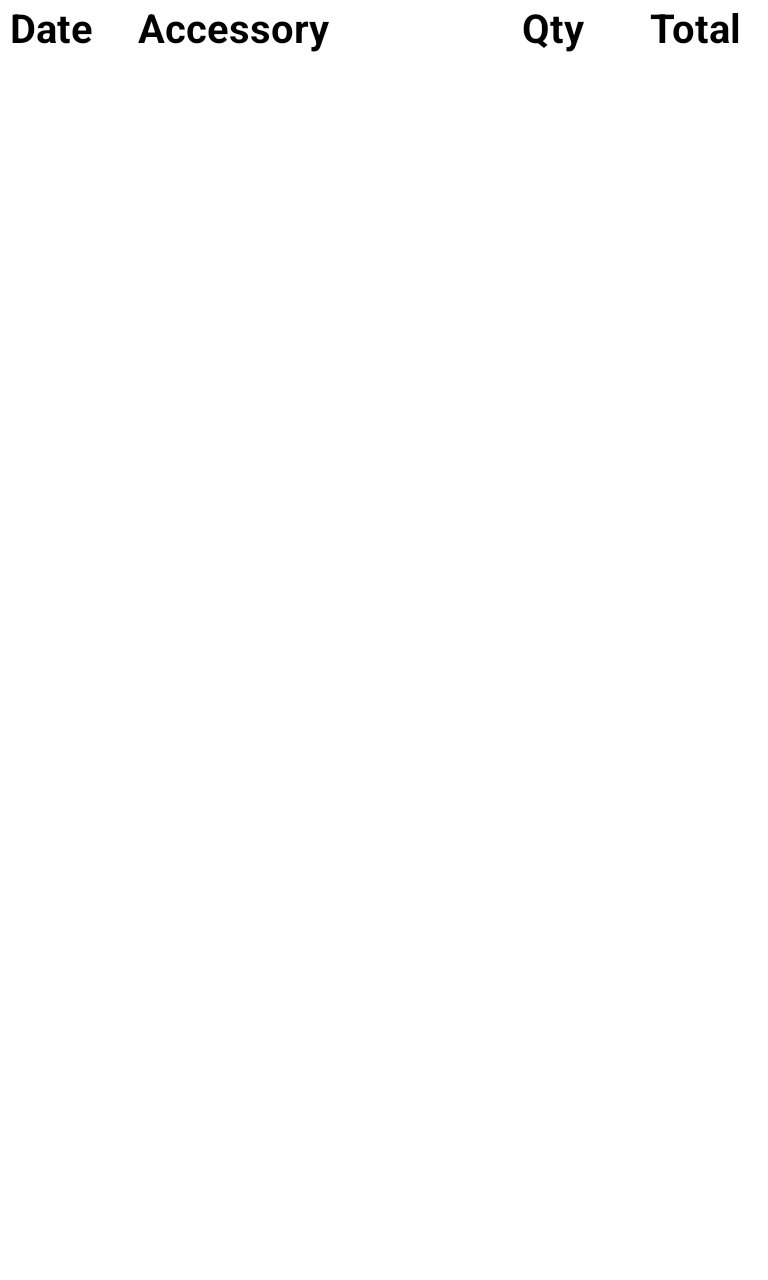
Repository: jemcphe/XCell
Layout: XCell/res/layout/list_header.xml
The author's editor kept a copy of each file at every save. The layout is drawn from the files as they stood at one save, then again after the next save.
It is drawn on a 768 x 1280 px phone screen (xhdpi) without system bars, with theme Theme.Xcell; the app's code is not run.

Above is the layout before, as saved 2013-08-29 03:24:32.

### XCell/res/layout/list_header.xml
<?xml version="1.0" encoding="utf-8"?>
<LinearLayout xmlns:android="http://schemas.android.com/apk/res/android"
    android:layout_width="match_parent"
    android:layout_height="match_parent"
    android:orientation="horizontal" >

    <TextView
        android:id="@+id/date_header"
        android:text="Date"
        android:layout_weight="1"
        android:paddingLeft="5dp"
        android:layout_width="0dip"
        android:textStyle="bold"
        android:textColor="#000"
        android:textSize="20sp"
        android:layout_height="wrap_content"/>
    <TextView
        android:id="@+id/accessoryName_header"
        android:text="Accessory"
        android:layout_weight="3"
        android:paddingLeft="5dp"
        android:layout_width="0dip"
        android:textStyle="bold"
        android:textColor="#000"
        android:textSize="20sp"
        android:layout_height="wrap_content"/>
    <TextView
        android:id="@+id/qty_header"
        android:text="Qty"
        android:layout_weight="1"
        android:paddingLeft="5dp"
        android:layout_width="0dip"
        android:textStyle="bold"
        android:textColor="#000"
        android:textSize="20sp"
        android:layout_height="wrap_content"/>
    <TextView
        android:id="@+id/total_header"
        android:text="Total"
        android:layout_weight="1"
        android:paddingLeft="5dp"
        android:layout_width="0dip"
        android:textStyle="bold"
        android:textColor="#000"
        android:textSize="20sp"
        android:layout_height="wrap_content"/>

</LinearLayout>

### XCell/res/values/styles_xcell.xml
<?xml version="1.0" encoding="utf-8"?>

<resources>

    <style name="Theme.Xcell" parent="@android:style/Theme.Holo.Light">
        <item name="android:actionBarItemBackground">@drawable/selectable_background_xcell</item>
        <item name="android:popupMenuStyle">@style/PopupMenu.Xcell</item>
        <item name="android:dropDownListViewStyle">@style/DropDownListView.Xcell</item>
        <item name="android:actionBarTabStyle">@style/ActionBarTabStyle.Xcell</item>
        <item name="android:actionDropDownStyle">@style/DropDownNav.Xcell</item>
        <item name="android:actionBarStyle">@style/ActionBar.Solid.Xcell</item>
        <item name="android:actionModeBackground">@drawable/cab_background_top_xcell</item>
        <item name="android:actionModeSplitBackground">@drawable/cab_background_bottom_xcell</item>
        <item name="android:actionModeCloseButtonStyle">@style/ActionButton.CloseMode.Xcell</item>


    </style>

    <style name="ActionBar.Solid.Xcell" parent="@android:style/Widget.Holo.Light.ActionBar.Solid">
        <item name="android:background">@drawable/ab_background_textured_xcell</item>
        <item name="android:backgroundStacked">@drawable/ab_stacked_solid_xcell</item>
        <item name="android:backgroundSplit">@drawable/ab_background_textured_xcell</item>
        <item name="android:progressBarStyle">@style/ProgressBar.Xcell</item>
    </style>

    <style name="ActionBar.Transparent.Xcell" parent="@android:style/Widget.Holo.Light.ActionBar">
        <item name="android:background">@drawable/ab_transparent_xcell</item>
        <item name="android:progressBarStyle">@style/ProgressBar.Xcell</item>
    </style>

    <style name="PopupMenu.Xcell" parent="@android:style/Widget.Holo.Light.ListPopupWindow">
        <item name="android:popupBackground">@drawable/menu_dropdown_panel_xcell</item>
    </style>

    <style name="DropDownListView.Xcell" parent="@android:style/Widget.Holo.Light.ListView.DropDown">
        <item name="android:listSelector">@drawable/selectable_background_xcell</item>
    </style>

    <style name="ActionBarTabStyle.Xcell" parent="@android:style/Widget.Holo.Light.ActionBar.TabView">
        <item name="android:background">@drawable/tab_indicator_ab_xcell</item>
    </style>

    <style name="DropDownNav.Xcell" parent="@android:style/Widget.Holo.Light.Spinner">
        <item name="android:background">@drawable/spinner_background_ab_xcell</item>
        <item name="android:popupBackground">@drawable/menu_dropdown_panel_xcell</item>
        <item name="android:dropDownSelector">@drawable/selectable_background_xcell</item>
    </style>

    <style name="ProgressBar.Xcell" parent="@android:style/Widget.Holo.Light.ProgressBar.Horizontal">
        <item name="android:progressDrawable">@drawable/progress_horizontal_xcell</item>
    </style>

    <style name="ActionButton.CloseMode.Xcell" parent="@android:style/Widget.Holo.Light.ActionButton.CloseMode">
        <item name="android:background">@drawable/btn_cab_done_xcell</item>
    </style>

    <!-- this style is only referenced in a Light.DarkActionBar based theme -->
    <style name="Theme.Xcell.Widget" parent="@android:style/Theme.Holo">
        <item name="android:popupMenuStyle">@style/PopupMenu.Xcell</item>
        <item name="android:dropDownListViewStyle">@style/DropDownListView.Xcell</item>
    </style>

</resources>

### XCell/res/drawable/selectable_background_xcell.xml
<?xml version="1.0" encoding="utf-8"?>
<!-- File created by the Android Action Bar Style Generator

     Copyright (C) 2011 The Android Open Source Project
     Copyright (C) 2012 readyState Software Ltd

     Licensed under the Apache License, Version 2.0 (the "License");
     you may not use this file except in compliance with the License.
     You may obtain a copy of the License at

          http://www.apache.org/licenses/LICENSE-2.0

     Unless required by applicable law or agreed to in writing, software
     distributed under the License is distributed on an "AS IS" BASIS,
     WITHOUT WARRANTIES OR CONDITIONS OF ANY KIND, either express or implied.
     See the License for the specific language governing permissions and
     limitations under the License.
-->

<selector xmlns:android="http://schemas.android.com/apk/res/android"
        android:exitFadeDuration="@android:integer/config_mediumAnimTime" >
    <item android:state_pressed="false" android:state_focused="true" android:drawable="@drawable/list_focused_xcell" />
    <item android:state_pressed="true" android:drawable="@drawable/pressed_background_xcell" />
    <item android:drawable="@android:color/transparent" />
</selector>

### XCell/res/drawable/btn_cab_done_xcell.xml
<?xml version="1.0" encoding="utf-8"?>
<!-- File created by the Android Action Bar Style Generator

     Copyright (C) 2011 The Android Open Source Project
     Copyright (C) 2012 readyState Software Ltd

     Licensed under the Apache License, Version 2.0 (the "License");
     you may not use this file except in compliance with the License.
     You may obtain a copy of the License at

          http://www.apache.org/licenses/LICENSE-2.0

     Unless required by applicable law or agreed to in writing, software
     distributed under the License is distributed on an "AS IS" BASIS,
     WITHOUT WARRANTIES OR CONDITIONS OF ANY KIND, either express or implied.
     See the License for the specific language governing permissions and
     limitations under the License.
-->

<selector xmlns:android="http://schemas.android.com/apk/res/android">
    <item android:state_pressed="true"
        android:drawable="@drawable/btn_cab_done_pressed_xcell" />
    <item android:state_focused="true" android:state_enabled="true"
        android:drawable="@drawable/btn_cab_done_focused_xcell" />
    <item android:state_enabled="true"
        android:drawable="@drawable/btn_cab_done_default_xcell" />
</selector>

### XCell/res/drawable/ab_background_textured_xcell.xml
<?xml version="1.0" encoding="utf-8"?>
<!-- File created by the Android Action Bar Style Generator

     Copyright (C) 2012 readyState Software Ltd

     Licensed under the Apache License, Version 2.0 (the "License");
     you may not use this file except in compliance with the License.
     You may obtain a copy of the License at

          http://www.apache.org/licenses/LICENSE-2.0

     Unless required by applicable law or agreed to in writing, software
     distributed under the License is distributed on an "AS IS" BASIS,
     WITHOUT WARRANTIES OR CONDITIONS OF ANY KIND, either express or implied.
     See the License for the specific language governing permissions and
     limitations under the License.
-->

<bitmap xmlns:android="http://schemas.android.com/apk/res/android"
    android:src="@drawable/ab_texture_tile_xcell"
    android:tileMode="repeat" />

### XCell/res/drawable/progress_horizontal_xcell.xml
<?xml version="1.0" encoding="utf-8"?>
<!-- File created by the Android Action Bar Style Generator

     Copyright (C) 2011 The Android Open Source Project
     Copyright (C) 2012 readyState Software Ltd

     Licensed under the Apache License, Version 2.0 (the "License");
     you may not use this file except in compliance with the License.
     You may obtain a copy of the License at

          http://www.apache.org/licenses/LICENSE-2.0

     Unless required by applicable law or agreed to in writing, software
     distributed under the License is distributed on an "AS IS" BASIS,
     WITHOUT WARRANTIES OR CONDITIONS OF ANY KIND, either express or implied.
     See the License for the specific language governing permissions and
     limitations under the License.
-->

<layer-list xmlns:android="http://schemas.android.com/apk/res/android">

    <item android:id="@android:id/background"
          android:drawable="@drawable/progress_bg_xcell" />

    <item android:id="@android:id/secondaryProgress">
        <scale android:scaleWidth="100%"
               android:drawable="@drawable/progress_secondary_xcell" />
    </item>

    <item android:id="@android:id/progress">
        <scale android:scaleWidth="100%"
               android:drawable="@drawable/progress_primary_xcell" />
    </item>

</layer-list>

### XCell/res/drawable/spinner_background_ab_xcell.xml
<?xml version="1.0" encoding="utf-8"?>
<!-- File created by the Android Action Bar Style Generator

     Copyright (C) 2011 The Android Open Source Project
     Copyright (C) 2012 readyState Software Ltd

     Licensed under the Apache License, Version 2.0 (the "License");
     you may not use this file except in compliance with the License.
     You may obtain a copy of the License at

          http://www.apache.org/licenses/LICENSE-2.0

     Unless required by applicable law or agreed to in writing, software
     distributed under the License is distributed on an "AS IS" BASIS,
     WITHOUT WARRANTIES OR CONDITIONS OF ANY KIND, either express or implied.
     See the License for the specific language governing permissions and
     limitations under the License.
-->

<selector xmlns:android="http://schemas.android.com/apk/res/android">
    <item android:state_enabled="false"
        android:drawable="@drawable/spinner_ab_disabled_xcell" />
    <item android:state_pressed="true"
        android:drawable="@drawable/spinner_ab_pressed_xcell" />
    <item android:state_pressed="false" android:state_focused="true"
        android:drawable="@drawable/spinner_ab_focused_xcell" />
    <item android:drawable="@drawable/spinner_ab_default_xcell" />
</selector>

### XCell/res/drawable/tab_indicator_ab_xcell.xml
<?xml version="1.0" encoding="utf-8"?>
<!-- File created by the Android Action Bar Style Generator

     Copyright (C) 2011 The Android Open Source Project
     Copyright (C) 2012 readyState Software Ltd

     Licensed under the Apache License, Version 2.0 (the "License");
     you may not use this file except in compliance with the License.
     You may obtain a copy of the License at

          http://www.apache.org/licenses/LICENSE-2.0

     Unless required by applicable law or agreed to in writing, software
     distributed under the License is distributed on an "AS IS" BASIS,
     WITHOUT WARRANTIES OR CONDITIONS OF ANY KIND, either express or implied.
     See the License for the specific language governing permissions and
     limitations under the License.
-->

<selector xmlns:android="http://schemas.android.com/apk/res/android">
    <!-- Non focused states -->
    <item android:state_focused="false" android:state_selected="false" android:state_pressed="false" android:drawable="@android:color/transparent"/>
    <item android:state_focused="false" android:state_selected="true"  android:state_pressed="false" android:drawable="@drawable/tab_selected_xcell" />

    <!-- Focused states -->
    <item android:state_focused="true" android:state_selected="false" android:state_pressed="false" android:drawable="@drawable/tab_unselected_focused_xcell" />
    <item android:state_focused="true" android:state_selected="true"  android:state_pressed="false" android:drawable="@drawable/tab_selected_focused_xcell" />

    <!-- Pressed -->
    <!--    Non focused states -->
    <item android:state_focused="false" android:state_selected="false" android:state_pressed="true" android:drawable="@drawable/tab_unselected_pressed_xcell" />
    <item android:state_focused="false" android:state_selected="true"  android:state_pressed="true" android:drawable="@drawable/tab_selected_pressed_xcell" />

    <!--    Focused states -->
    <item android:state_focused="true" android:state_selected="false" android:state_pressed="true" android:drawable="@drawable/tab_unselected_pressed_xcell" />
    <item android:state_focused="true" android:state_selected="true"  android:state_pressed="true" android:drawable="@drawable/tab_selected_pressed_xcell" />
</selector>

### XCell/res/drawable/pressed_background_xcell.xml
<?xml version="1.0" encoding="utf-8"?>
<!-- File created by the Android Action Bar Style Generator

     Copyright (C) 2011 The Android Open Source Project
     Copyright (C) 2012 readyState Software Ltd

     Licensed under the Apache License, Version 2.0 (the "License");
     you may not use this file except in compliance with the License.
     You may obtain a copy of the License at

          http://www.apache.org/licenses/LICENSE-2.0

     Unless required by applicable law or agreed to in writing, software
     distributed under the License is distributed on an "AS IS" BASIS,
     WITHOUT WARRANTIES OR CONDITIONS OF ANY KIND, either express or implied.
     See the License for the specific language governing permissions and
     limitations under the License.
-->

<shape xmlns:android="http://schemas.android.com/apk/res/android" android:shape="rectangle">
    <solid android:color="@color/pressed_xcell" />
</shape>

### XCell/res/values/colors_xcell.xml
<?xml version="1.0" encoding="utf-8"?>
<!-- File created by the Android Action Bar Style Generator

     Copyright (C) 2011 The Android Open Source Project
     Copyright (C) 2012 readyState Software Ltd

     Licensed under the Apache License, Version 2.0 (the "License");
     you may not use this file except in compliance with the License.
     You may obtain a copy of the License at

          http://www.apache.org/licenses/LICENSE-2.0

     Unless required by applicable law or agreed to in writing, software
     distributed under the License is distributed on an "AS IS" BASIS,
     WITHOUT WARRANTIES OR CONDITIONS OF ANY KIND, either express or implied.
     See the License for the specific language governing permissions and
     limitations under the License.
-->

<resources>
    <color name="pressed_xcell">#CC33B5E5</color>
    <color name="background_xcell">#d8e8e8</color>
    <color name="xcell_blue">#12679b</color>
</resources>

After the next save:
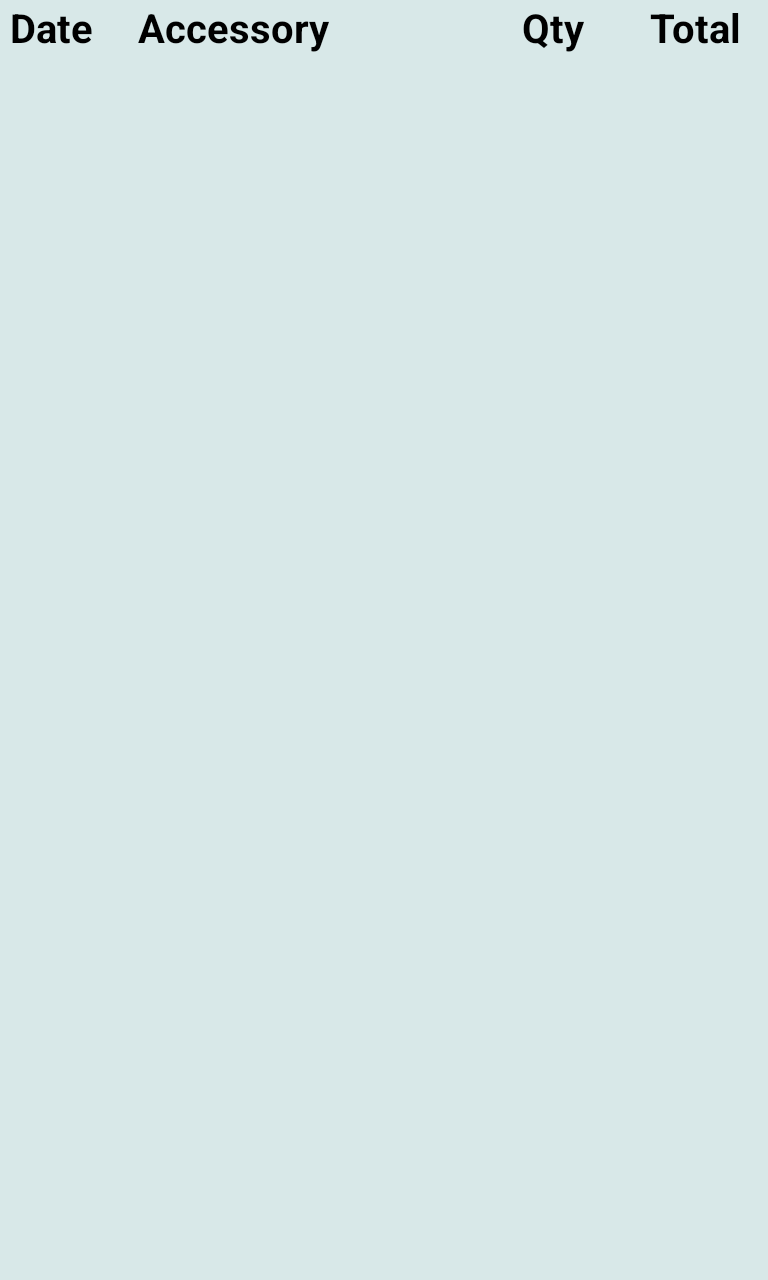
Saved 2 min 13 s later.
--- a/XCell/res/layout/list_header.xml
+++ b/XCell/res/layout/list_header.xml
@@ -2,7 +2,8 @@
 <LinearLayout xmlns:android="http://schemas.android.com/apk/res/android"
     android:layout_width="match_parent"
     android:layout_height="match_parent"
-    android:orientation="horizontal" >
+    android:orientation="horizontal"
+    android:background="@color/background_xcell" >
 
     <TextView
         android:id="@+id/date_header"
